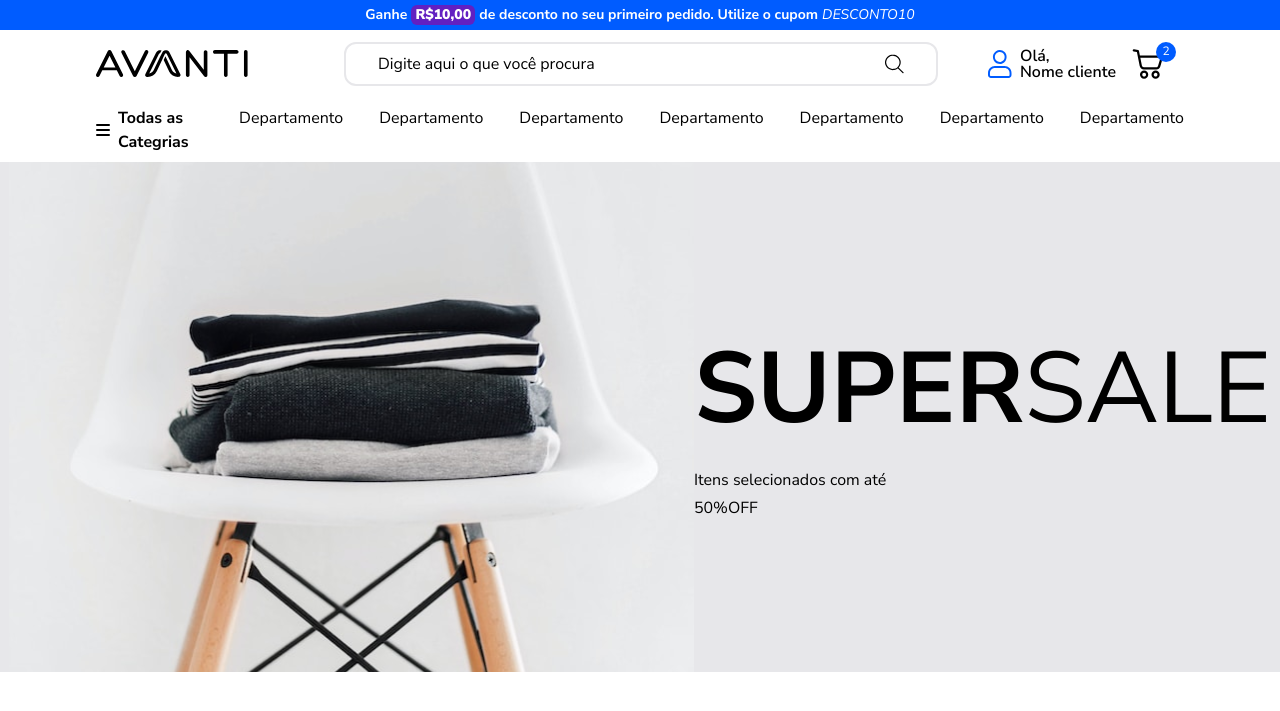
Repository: chidekina/avanti-01
Page: index.html
These files come from the project's save history. The page is drawn as it stood at one moment and after the next save; the edit follows.
The browser window is 1280 px wide. The pictures show the whole page.

Above is the page before, as saved 2025-04-04 14:33:02.

After the next save:
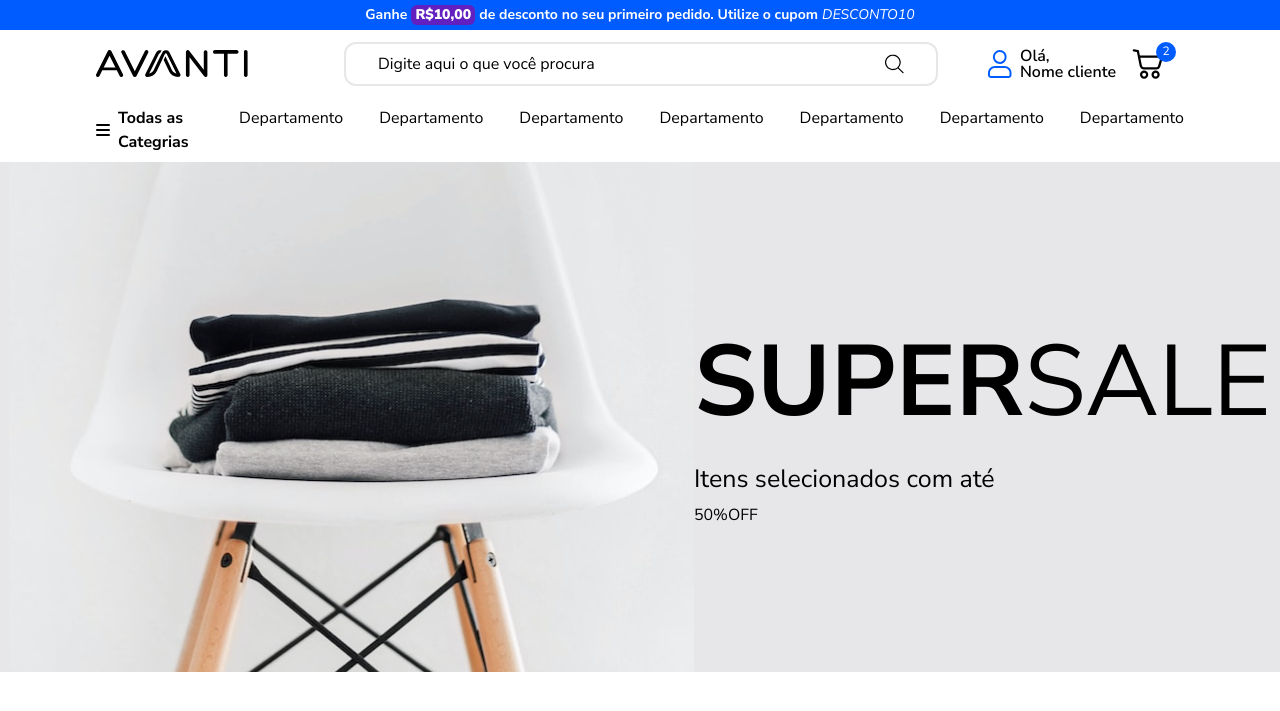
Saved 31 s later.
--- a/index.html
+++ b/index.html
@@ -66,7 +66,7 @@
           <h1 class="text-[100px]">
             <b>SUPER</b>SALE
           </h1>
-          <h4>
+          <h4 class="text-[25px]">
             Itens selecionados com até
           </h4>
           <h4>
